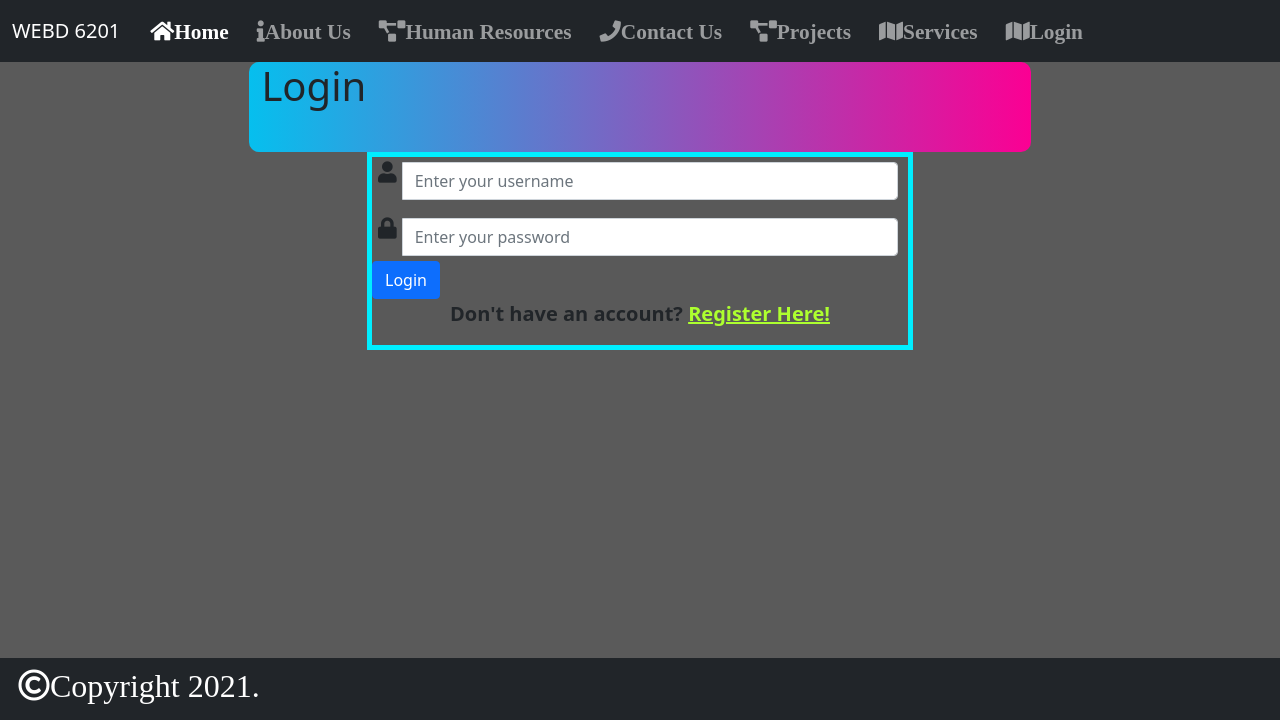
Repository: vans12345678/WEBD6201-W2021-Lab2
Page: login.html
The author's editor kept a copy of each file at every save. The page is drawn from the files as they stood at one save, then again after the next save.
The browser window is 1280 px wide. The pictures show the whole page.

Above is the page before, as saved 2021-02-25 16:08:20.

After the next save:
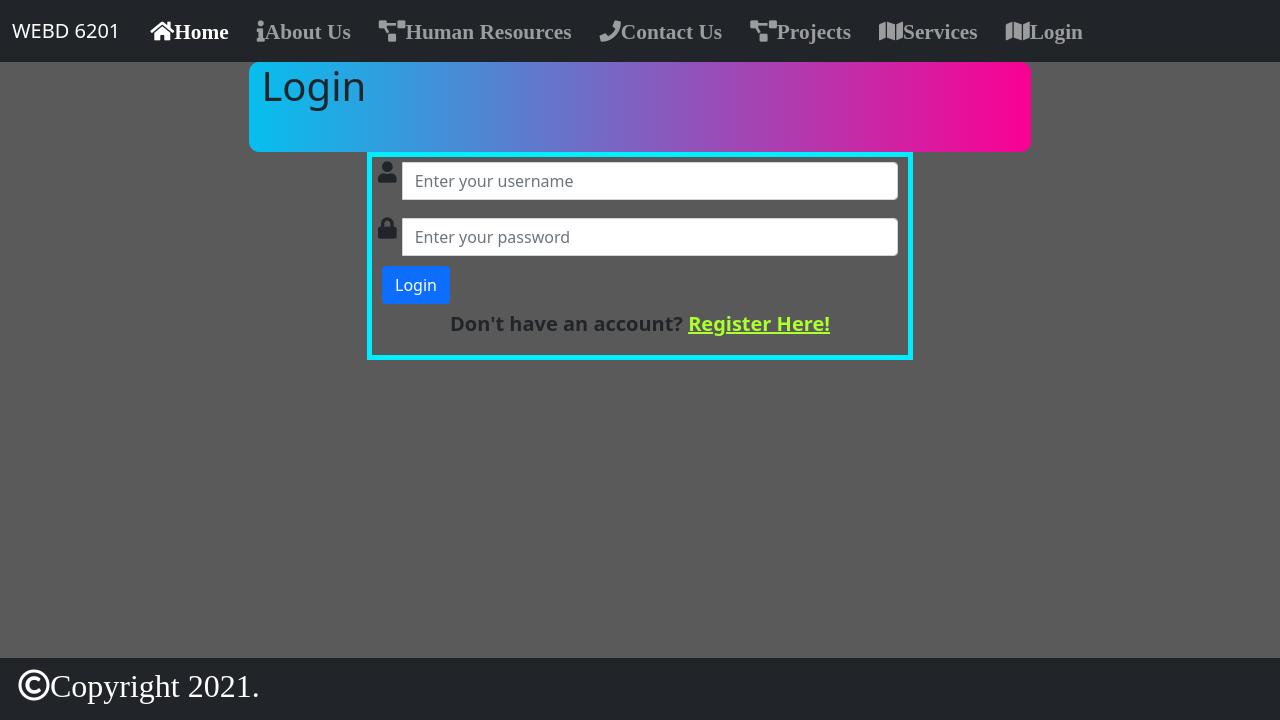
Saved 9 s later.
--- a/login.html
+++ b/login.html
@@ -74,7 +74,7 @@
                         </div>
                       </div>
                       <div class="text-right">
-                        <button id="submitButton" type="submit" class="btn btn-primary btn-md">Login</button>
+                        <button id="submitButton" type="submit" class="btn btn-primary btn-md buttonMargin">Login</button>
                       </div>
                       <p class="text-center fs-5 fw-bold">
                         Don't have an account?
